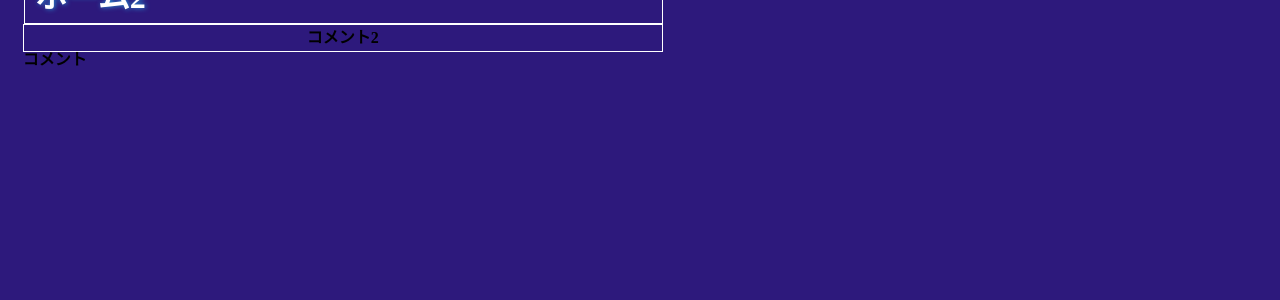
Repository: azuma2/tui2b
Page: http://localhost/come
The author's editor kept a copy of each file at every save. The page is drawn from the files as they stood at one save, then again after a run of saves.
The browser window is 1280 px wide. The pictures show the whole page.
The page is served by the project's Laravel application, run on PHP 8.4 with Laravel 8. Other server files are loaded and not shown. Queries for data that is not in the repository find no rows.

Above is the page before, as saved 2022-03-29 02:30:08.

### routes/web.php
<?php

use Illuminate\Support\Facades\Route;
use App\Http\Controllers\Tui2Controller;

Route::get('/', [Tui2Controller::class, 'index']);
Route::post('/tui2/create', [Tui2Controller::class, 'create']);
Route::post('/tui2/update', [Tui2Controller::class, 'update']);
Route::post('/tui2/delete', [Tui2Controller::class, 'remove']);
Route::post('/', [Tui2Controller::class, 'post']);

Route::get('/comment', [Tui2Controller::class, 'index2'])->name('tui2.index2');
Route::get('/comment', [Tui2Controller::class, 'index3']);


Route::get('/come', [Tui2Controller::class, 'index4'])->name('tui2.index4');
Route::get('/come', [Tui2Controller::class, 'index5']);

Route::get('/reply/like/{id}', [RepliesController::class, 'like'])->name('reply.like');
Route::get('/reply/unlike/{id}', [RepliesController::class, 'unlike'])->name('reply.unlike');

### app/Http/Controllers/Tui2Controller.php
<?php

namespace App\Http\Controllers;

use App\Models\Tui2;
use Illuminate\Http\Request;
use Illuminate\Support\Facades\DB;

class Tui2Controller extends Controller
{
    public function index()
    {
        $items = Tui2::all();
        $items = DB::select('select * from tui2s');



        return view('index', ['items' => $items]);
    }

    public function create(Request $request)
    {
        $param = [
            'name' => $request->name,
            'content' => $request->content,


                ];
        $this->validate($request, Tui2::$rules);

        DB::insert('insert into tui2s (name,content) values (:name,:content)', $param);
        return redirect('/');
    }

    public function update(Request $request)
    {
         $param = [
            'id' => $request->id,
            'name' => $request->name,
            'content' => $request->content,

        ];
        $this->validate($request, Tui2::$rules);
        DB::update('update tui2s set name =:name, content =:content where id =:id', $param);
        return redirect('/');
    }

    public function remove(Request $request)
    {
        $param = ['id' => $request->id];
        DB::delete('delete from tui2s where id =:id', $param);
        return redirect('/');
    }




    public function index2()
    {
        //表示させたいviewを指定させる
        return view('comment', ['items' => $items]);
    }

        public function index3()
    {
        $items = Tui2::all();
        $items = DB::select('select * from tui2s');

        return view('comment', ['items' => $items]);
    }

    public function index4()
    {
        //表示させたいviewを指定させる
        return view('come', ['items' => $items]);
    }
    public function index5()
    {
        $items = Tui2::all();
        $items = DB::select('select * from tui2s');

        return view('come', ['items' => $items]);
    }



}

### app/Models/Tui2.php
<?php

namespace App\Models;

use App\Models\Tui2;
use Illuminate\Database\Eloquent\Factories\HasFactory;
use Illuminate\Database\Eloquent\Model;

class Tui2 extends Model

{
        use HasFactory;

    protected $fillable = ['content'];

    public static $rules = array(
        'content' => 'required|max:20',
    );






}

### resources/views/come.blade.php

<!DOCTYPE html>
<html lang="ja">
<head>
    <meta charset="UTF-8">
    <meta http-equiv="X-UA-Compatible" content="IE=edge">
    <meta name="viewport" content="width=device-width, initial-scale=1.0">
    <link rel="stylesheet" href="{{ asset('\resources\views\layouts\reset.css') }}" >
    <title>コメント画面</title>
    <style>
    body {
      font-size:16px;
      margin: 5px;
      background-color: #2d197c;
    }


        td {
      padding: 5px 10px;
      text-align: center;


    }


    tr{
      border: solid;border-color: #fff;
      border-width: 1px;
    }



    table{
    border-collapse: collapse;
    }

    .kakomi{
      border: solid;
    }

    .icon{
        height: 25px;
      width: 25px;
}

    .narabe{
      display:flex;
        flex-flow: column;
    }

    .button {
    background-image:url(/../img/cross.png);
    background-size: 25px;
       height: 25px;
      width: 25px;
    cursor: pointer;
    transition: 0.4s;
    outline: none;
    border: none;
    background-color: transparent;
}


    .card {
    width: 50vw;
    padding: 10px;
    position: absolute;
    top: -40px;
    left: 1%;

    border-radius: 10px;

}
    h1 {
      font-size:32px;
      color:white;
      text-shadow:1px 0 5px #289ADC;
      margin-left: 1px;


    }

    .title{
          border: solid;border-color: #fff;
          border-width: 1px;
          padding: 10px;

    }
    .content {
      margin:10px;
    }

    .bgazou{
      background-image: url(img/detail.png);
    }

    p{

color: #fff;

    }

    .comment{
      text-align: left;
    }
    .name{
font-size:28px;
     display: inline;
    }



    </style>
  </head>
  <body>
  <div class="container">
    <div class="card">
      <h1 class="title">ホーム2</h1>
            <div class="tui2">
              @if ($errors->has('content'))
                  <tr>
                    <th>ERROR</th>
                  <td>
                  {{$errors->first('content')}}
                </td>
            </tr>
          @endif




          <div class="narabe">
        <table>
            @csrf


                    <tr>
            @foreach ($items as $item)
            <td>

<p class="comment">{{$item->name}}</p>
            </td>

<div></div>

            <form action="/tui2/update" method="post">
              @csrf

              <td>
                <p class="name"></p>
                <img class="icon" src="/../img/heart.png">
              </td>
                          <td>
                            </form>
              <form action="/tui2/delete" method="post" >
                    @csrf
                <input  type="hidden" name="id" value="{{$item->id}}" >
                <input class="button" type="submit" value="" >
              </form>
            </td>
            <td>
              <a href="{{ url('index') }}"><img class="icon" src="/../img/feather.png"></a>
            </td>
              <td>

                <p class="comment">{{$item->content}}</p>
              </td>



          </tr>
          @endforeach

 <tr>
   <td>
<h3 class="title2">コメント2</h3>
</td>
</tr>

                  </table>
</div>
      </div>
      <h3 class="title2">コメント</h3>
    </div>

  </div>

  </div>



</body>
</html>

### resources/views/layouts/reset.css
/*
html5doctor.com Reset Stylesheet
v1.6.1
Last Updated: 2010-09-17
Todo: Richard Clark - http://richclarkdesign.com
Twitter: @rich_clark
*/

html, body, div, span, object, iframe,
h1, h2, h3, h4, h5, h6, p, blockquote, pre,
abbr, address, cite, code,
del, dfn, em, img, ins, kbd, q, samp,
small, strong, sub, sup, var,
b, i,
dl, dt, dd, ol, ul, li,
fieldset, form, label, legend,
table, caption, tbody, tfoot, thead, tr, th, td,
article, aside, canvas, details, figcaption, figure,
footer, header, hgroup, menu, nav, section, summary,
time, mark, audio, video {
    margin:0;
    padding:0;
    border:0;
    outline:0;
    font-size:100%;
    vertical-align:baseline;
    background:transparent;
}

body {
    line-height:1;
}

article,aside,details,figcaption,figure,
footer,header,hgroup,menu,nav,section {
    display:block;
}

nav ul {
    list-style:none;
}

blockquote, q {
    quotes:none;
}

blockquote:before, blockquote:after,
q:before, q:after {
    content:'';
    content:none;
}

a {
    margin:0;
    padding:0;
    font-size:100%;
    vertical-align:baseline;
    background:transparent;
}

/* change colours to suit your needs */
ins {
    background-color:#ff9;
    color:#000;
    text-decoration:none;
}

/* change colours to suit your needs */
mark {
    background-color:#ff9;
    color:#000;
    font-style:italic;
    font-weight:bold;
}

del {
    text-decoration: line-through;
}

abbr[title], dfn[title] {
    border-bottom:1px dotted;
    cursor:help;
}

table {
    border-collapse:collapse;
    border-spacing:0;
}

/* change border colour to suit your needs */
hr {
    display:block;
    height:1px;
    border:0;
    border-top:1px solid #cccccc;
    margin:1em 0;
    padding:0;
}

input, select {
    vertical-align:middle;
}

Loaded but not shown: app/Http/Controllers/Controller.php (common file)

After the next 2 saves:
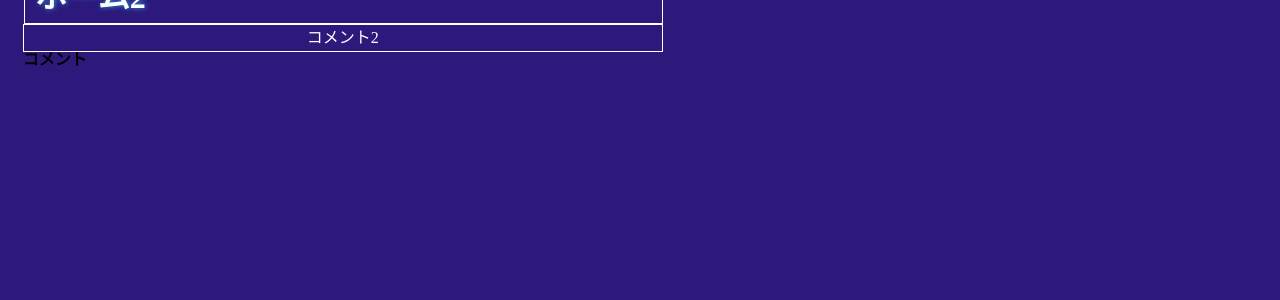
The 2 saves are shown as one change because they came seconds apart.
The last was saved 24 s later.
--- a/resources/views/come.blade.php
+++ b/resources/views/come.blade.php
@@ -173,7 +173,7 @@ font-size:28px;
 
  <tr>
    <td>
-<h3 class="title2">コメント2</h3>
+<p class="title2">コメント2</h3>
 </td>
 </tr>
 
